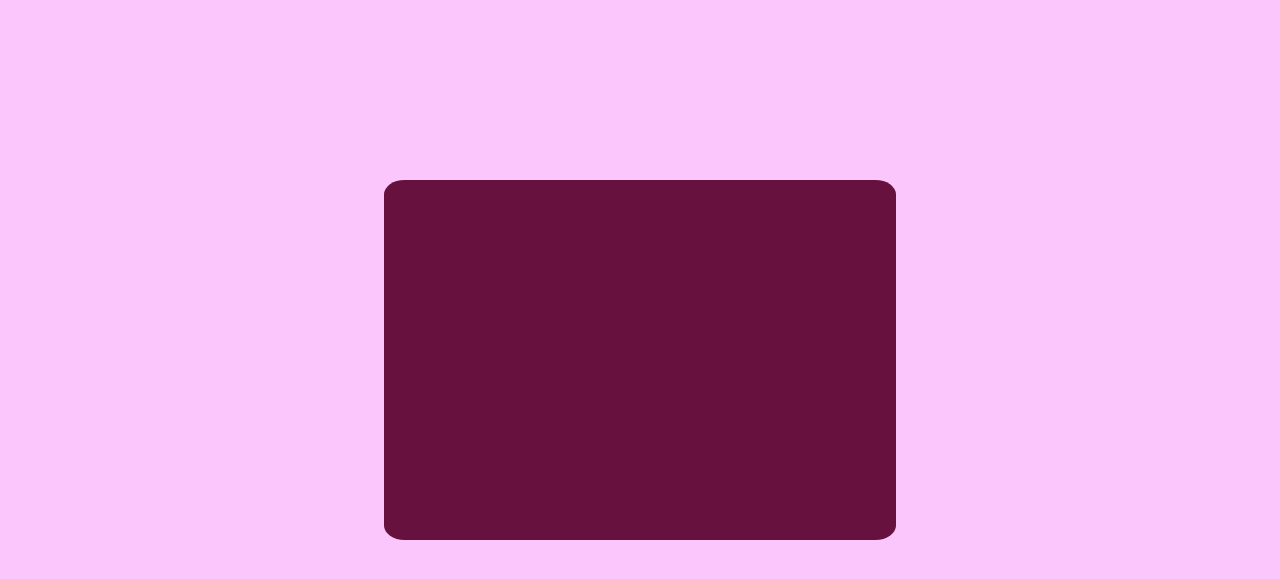
Repository: 2001mariana/Calculator_react
Page: /
The author's editor kept a copy of each file at every save. The page is drawn from the files as they stood at one save, then again after the next save.
The browser window is 1280 px wide. The pictures show the whole page.
The project was rebuilt for these pictures with package versions that can differ from the ones it lists, and the page was loaded fresh each time.

Above is the page before, as saved 2023-02-06 17:14:58.

### src/index.tsx
import React from "react";
import ReactDOM from "react-dom/client";

import App from "./App";
import reportWebVitals from "./reportWebVitals";

import "./index.css";

const root = ReactDOM.createRoot(
  document.getElementById("root") as HTMLElement
);
root.render(
  <React.StrictMode>
    <App />
  </React.StrictMode>
);

reportWebVitals();

### src/App.tsx
import "./App.css";

function App() {
  return (
    <div className="Calculator">
      <div className="Calculator__body"></div>
    </div>
  );
}

export default App;

### src/App.css
.Calculator {
  background-color: #fac6fc;
  height: 100vh;
  display: flex;
  justify-content: center;
  align-items: center;
}

.Calculator__body {
  height: 50vh;
  width: 40vw;
  border-radius: 4%;
  background-color: rgb(103, 17, 63);
}

Loaded but not shown: public/index.html (common file); src/reportWebVitals.ts (common file); src/index.css (common file)

After the next save:
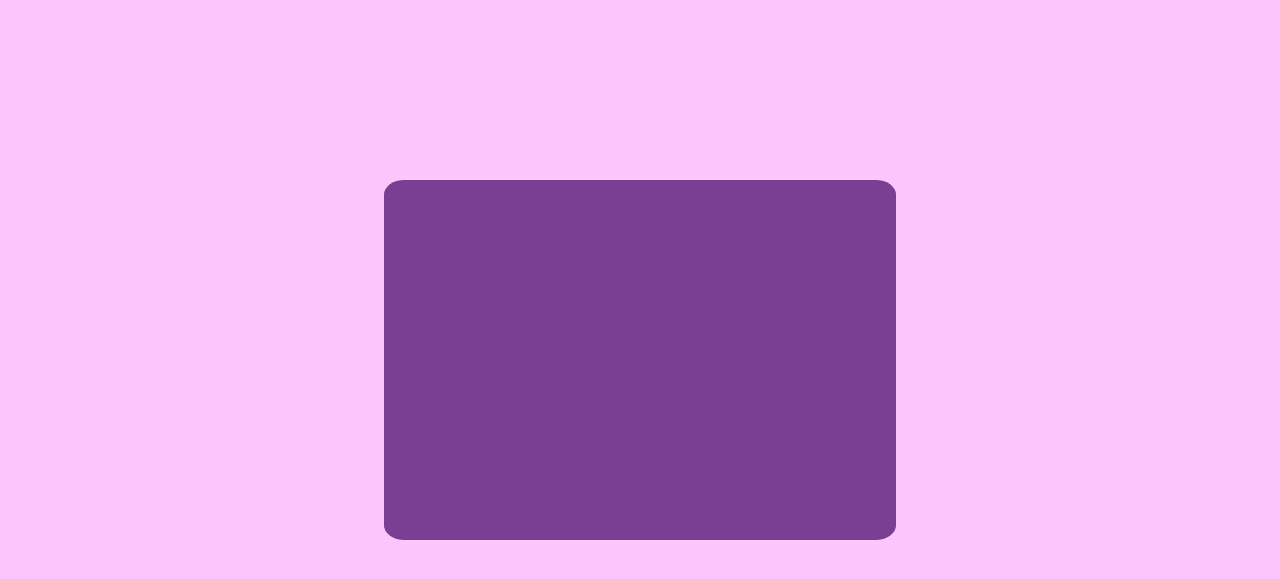
Saved 2 min 29 s later.
--- a/src/App.css
+++ b/src/App.css
@@ -10,5 +10,5 @@
   height: 50vh;
   width: 40vw;
   border-radius: 4%;
-  background-color: rgb(103, 17, 63);
+  background-color: #7A3F92;
 }
